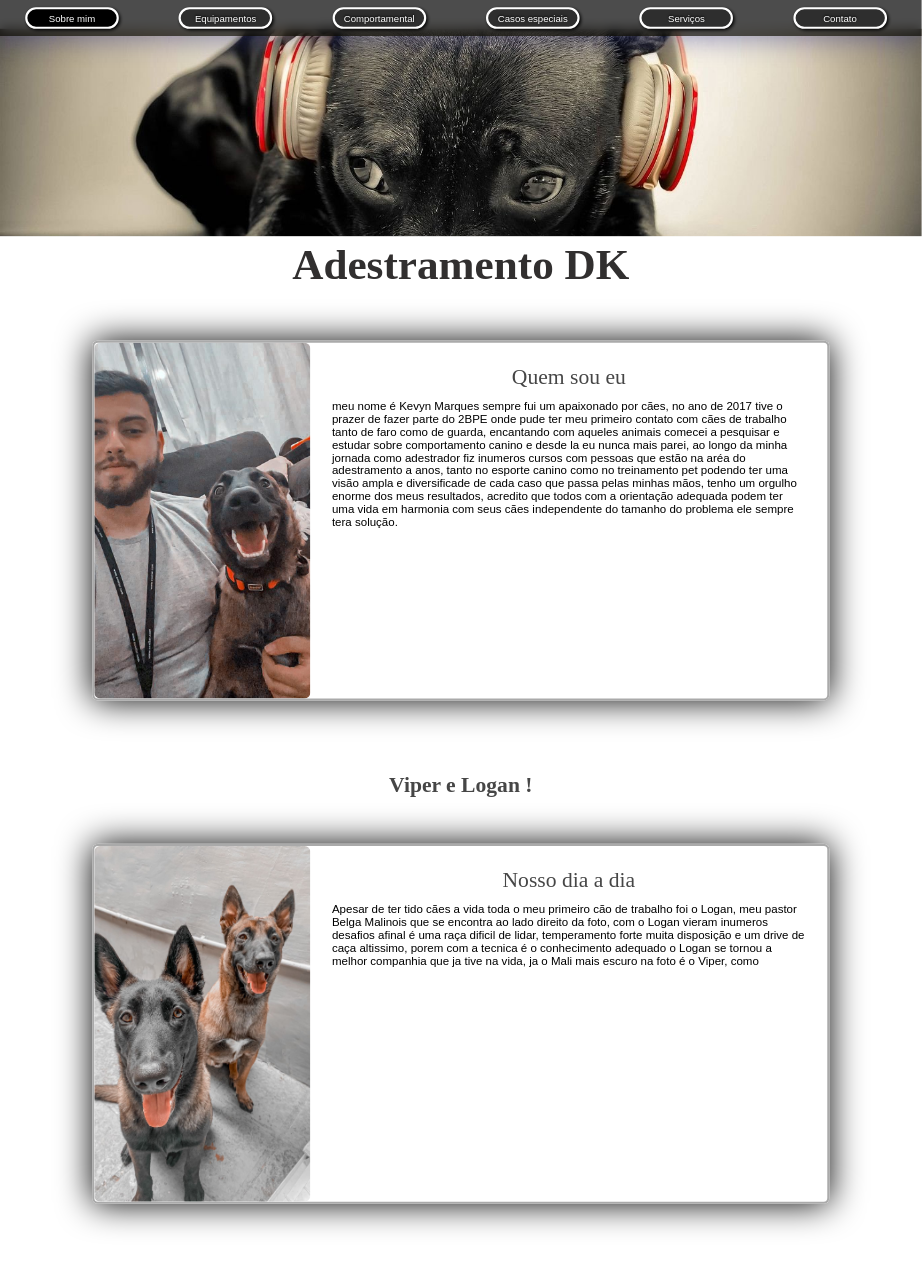
Repository: KevynMarques/Blog-React-StyledComponent
Page: /
These files come from the project's save history. The page is drawn as it stood at one moment and after the next save; the edit follows.
The browser window is 1280 px wide. The pictures show the whole page, at 72% of full size.
The project was rebuilt for these pictures with package versions that can differ from the ones it lists, and the page was loaded fresh each time. Also part of the build but not shown: src/Components/Equipamentos/index.jsx, src/Components/Comportamental/index.jsx, src/Components/Clientes/index.jsx, src/Components/Serviços/index.jsx, src/Components/Contato/index.jsx.

Above is the page before, as saved 2022-02-21 13:49:08.

### public/index.html
<!DOCTYPE html>
<html lang="pt-BR">
  <head>
    <meta charset="utf-8" />
    <link rel="icon" href="%PUBLIC_URL%/favicon.ico" />
    <meta name="viewport" content="width=device-width, initial-scale=1" />
    <meta name="theme-color" content="#000000" />
    <meta
      name="description"
      content="Web site created using create-react-app"
    />
    <link rel="apple-touch-icon" href="%PUBLIC_URL%/logo192.png" />
    <!--
      manifest.json provides metadata used when your web app is installed on a
      user's mobile device or desktop. See https://developers.google.com/web/fundamentals/web-app-manifest/
    -->
    <!--
      Notice the use of %PUBLIC_URL% in the tags above.
      It will be replaced with the URL of the `public` folder during the build.
      Only files inside the `public` folder can be referenced from the HTML.

      Unlike "/favicon.ico" or "favicon.ico", "%PUBLIC_URL%/favicon.ico" will
      work correctly both with client-side routing and a non-root public URL.
      Learn how to configure a non-root public URL by running `npm run build`.
    -->
    <title>Adestramento DK</title>
  </head>
  <body>
    <noscript>You need to enable JavaScript to run this app.</noscript>
    <div id="root"></div>
    <!--
      This HTML file is a template.
      If you open it directly in the browser, you will see an empty page.

      You can add webfonts, meta tags, or analytics to this file.
      The build step will place the bundled scripts into the <body> tag.

      To begin the development, run `npm start` or `yarn start`.
      To create a production bundle, use `npm run build` or `yarn build`.
    -->
  </body>
</html>

### src/App.jsx
import Home from './Pages/Home';
import Sobre from './Components/Sobre/index';
import { useState, useEffect } from 'react';
import { GlobalStyle } from './GlobalStyle';
import Geral from './Components/Geral/index';


function App() {

  const [geral, setGeral]=useState(<Sobre />);

  return (
    <>
    <Home setGeral={setGeral} geral={geral}  />
    <Geral geral={geral} />
    <GlobalStyle/>
   </>
  );
}

export default App;

### src/Pages/Home/index.jsx
import React, {useState} from "react"
import {  Home, Equip, Comportamental, MeusCaes, Serviços, Contato } from "../../Components/Buttons/Style"
import Equipamentos from "../../Components/Equipamentos/index"
import Sobre from '../../Components/Sobre/index'
import Comport  from '../../Components/Comportamental/index'
import Clientes from '../../Components/Clientes/index'
import Serv from "../../Components/Serviços"
import Cont from '../../Components/Contato/index'
import { ContainerHeader } from "../../Components/Containers/style"




export default (props) => {

  const [ativo, setAtivo] = useState(false)
  const [ativoEquip, setAtivoEquip] = useState(true)
  const [ativoComp, setComp] = useState(true)
  const [Casos, setCasos] = useState(true)
  const [serviços, setServiços] = useState(true)
  const [contato, setContato] = useState(true)


  return (
   <>
    <ContainerHeader>


       <Home
         setAtivo={setAtivo}
         ativo={ativo}
         onClick={()=>(props.setGeral(<Sobre />),
         setAtivo(false),
         setAtivoEquip(true),
         setComp(true),
         setCasos(true),
         setServiços(true)
         )}>
         <p>Sobre mim</p>
      </Home>



       <Equip
        ativoEquip={ativoEquip}
        setAtivoEquip={setAtivoEquip}
        onClick={()=>(props.setGeral(<Equipamentos />),
        setAtivo(true),
        setAtivoEquip(false),
        setComp(true),
        setCasos(true),
        setServiços(true)
        )}>
        <p>Equipamentos</p>
       </Equip>

       <Comportamental
          onClick={() =>(props.setGeral(<Comport />),
          setAtivo(true),
          setAtivoEquip(true),
          setComp(false),
          setCasos(true),
          setServiços(true))}

          setComp={setComp}
          ativoComp={ativoComp}>

         <p>Comportamental</p>
       </Comportamental>

       <MeusCaes
          onClick={() =>(props.setGeral(<Clientes />),
          setAtivo(true),
          setAtivoEquip(true),
          setComp(true),
          setCasos(false),
          setServiços(true))}
          setCasos={setCasos}
          Casos={Casos}>
         <p>Casos especiais</p>
       </MeusCaes>

       <Serviços onClick={() =>(props.setGeral(<Serv />),
        setAtivo(true),
        setAtivoEquip(true),
        setComp(true),
        setCasos(true),
        setServiços(false))}
        setServiços={setServiços}
        serviços={serviços}>
         <p>Serviços</p>
       </Serviços>

       <Contato onClick={() =>(props.setGeral(<Cont />),
        setAtivo(true),
        setAtivoEquip(true),
        setComp(true),
        setCasos(true),
        setServiços(true),
        setContato(false)
       )}
          setContato={setContato}
          contato={contato}>
         <p>Contato</p>
      </Contato>

    </ContainerHeader>
    </>
  );
}

### src/Components/Sobre/index.jsx
import Foto from '../Image/foto.png'
import LV from '../Image/LV.jpg';
import Dog from '../Image/Dog.png'
import { Tittle } from "../Textos&Titles/style";
import { ContainerBaner, ContainerBox, ContainerIMG } from "../Containers/style";
import { Info } from "../Textos&Titles/style";
import { SubTitle } from '../Textos&Titles/style';
import { TitleInfo } from '../Textos&Titles/style';


export default () => {
  return (
<>
     <ContainerBaner>
      <img src={Dog} />
     </ContainerBaner>

   <Tittle>
          Adestramento DK
  </Tittle>


  <ContainerBox>
       <ContainerIMG>
        <img src={Foto} />
       </ContainerIMG>
       <Info>
       <TitleInfo>Quem sou eu</TitleInfo>
       meu nome é Kevyn Marques sempre fui um apaixonado por cães, no ano de 2017 tive o prazer
       de fazer parte do 2BPE  onde pude ter  meu primeiro contato com cães de trabalho tanto de faro como de guarda, encantando com aqueles animais comecei a pesquisar e estudar sobre comportamento canino  e desde la eu nunca mais parei, ao longo da minha jornada como adestrador fiz inumeros cursos com pessoas que estão na aréa do adestramento a anos, tanto no esporte canino como no treinamento pet podendo ter uma visão ampla e diversificade de cada caso que passa pelas minhas mãos, tenho um orgulho enorme dos meus resultados, acredito que todos com a orientação adequada podem ter uma vida em harmonia com seus cães independente do tamanho do problema ele sempre tera solução.
       </Info>
       </ContainerBox>

  <SubTitle>  Viper e Logan !
  </SubTitle>


    <ContainerBox>

       <ContainerIMG>
        <img src={LV} />
       </ContainerIMG>
       <Info>
       <TitleInfo>Nosso dia a dia</TitleInfo>
       Apesar de ter tido cães a vida toda o meu primeiro cão de trabalho foi o Logan, meu pastor Belga Malinois que se encontra ao lado direito da foto, com o Logan vieram inumeros desafios afinal é uma raça dificil de lidar, temperamento forte muita disposição e um drive de caça altissimo, porem com a tecnica é o conhecimento adequado o Logan se tornou a melhor companhia que ja tive na vida, ja o Mali mais escuro na foto é o Viper, como
       </Info>
      </ContainerBox>
</>

  );
}

### src/GlobalStyle.jsx
import { createGlobalStyle } from 'styled-components';

 export const GlobalStyle = createGlobalStyle`
  * {
    margin: 0;
    padding: 0;
    box-sizing: border-box;

  }
`;

### src/Components/Geral/index.jsx
import React from "react"

export default (props) => {

  return (

    <>
    {props.geral}
    </>

  );

}

### src/Components/Buttons/Style.jsx
import styled from "styled-components";


export const Home = styled.button `
background:${props => props.ativo ? '#2e2e2e' : '#000000'};
font-family: Arial, Helvetica, sans-serif;
font-style:normal;
color:#ffffff;
border:3px solid #ffffff;
text-shadow:0px -1px 3px #000000;
box-shadow:2px 2px 5px #000000;
box-shadow:2px 2px 5px #000000;
box-shadow:2px 2px 5px #000000;
border-radius:25px 25px 25px 25px;
border-radius:25px 25px 25px 25px;
border-radius:25px 25px 25px 25px;
width:130px;
height: 30px;

&:hover {
  background-color: black;
}

cursor:pointer;
margin:0 auto;
margin-left: 35px;

&:active {
  transform: scale(0.9);
}

`;


export const Equip = styled(Home) `

background:${props => props.ativoEquip ? '#2e2e2e' : '#000000'};

`;

export const Comportamental = styled(Home) `

background:${props => props.ativoComp ? '#2e2e2e' : '#000000'};

`;


export const MeusCaes = styled(Home) `

background:${props => props.Casos? '#2e2e2e' : '#000000'};

`;


export const Serviços = styled(Home) `

background:${props => props.serviços? '#2e2e2e' : '#000000'};

`;

export const Contato = styled(Home) `

background:#2e2e2e;

`;

### src/Components/Containers/style.jsx
import  styled  from "styled-components";



export const  ContainerHeader  = styled.div `
     width: 100vw;
     height: 50px;
     margin: 0;
     position: fixed;
     z-index: 99999;
     background: rgba( 0, 0, 0, 0.7 );
     box-shadow: 0 8px 32px 0 rgba( 31, 38, 135, 0.37 );
     backdrop-filter: blur( 7.5px );
     -webkit-backdrop-filter: blur( 7.5px );
     color:white;
     display: flex;
     align-items: center;
     justify-content: center;
`;



export const ContainerBaner= styled.div `
  width: 100%;
  height: 40vh;


    img {
    width: 100%;
    height: 100%;
    object-fit: cover;
    margin-top: 40px;

    }
`;


export const  ContainerBox = styled.section `
  height: 500px;
  border: solid 3px #aaaaaa;
  width: 80vw;
  margin: 100px  10%;
  border-radius: 8px;
  box-shadow: 0 0 3em Black;
  display: flex;
  `;


export const ContainerIMG = styled.div `

    min-width:300px;
    height:494px;

  img {
    object-fit: cover;
    width: 100%;
    height: 100%;
    border-radius: 8px;
  }

`;

### src/Components/Textos&Titles/style.jsx
import styled from 'styled-components'



export const Tittle = styled.h1`
@import url('https://fonts.googleapis.com/css2?family=Bangers&display=swap');
color: #312f2f;
font-size: 60px;
font-family: 'Bangers', cursive;
text-align: center;
height: 40px;
margin-top: 45px;
`;


export const Info = styled.p`
 margin: 30px;
 font-family: Arial, Helvetica, sans-serif;
`;


export const SubTitle = styled.h2 `
 text-align: center;
 font-size: 30px;
 margin-top: 60px;
 font-family: Arial, Helvetica, sans-serif;
 color: #464646;
 margin-bottom: -35px;
 font-family: 'Bangers', cursive;
`;


export const TitleInfo = styled.div `
 text-align: center;
 font-size: 30px;
 font-family: Arial, Helvetica, sans-serif;
 color: #464646;
 font-family: 'Bangers', cursive;
 margin-bottom: 15px;
`;

Loaded but not shown: src/index.js (common file)

After the next save:
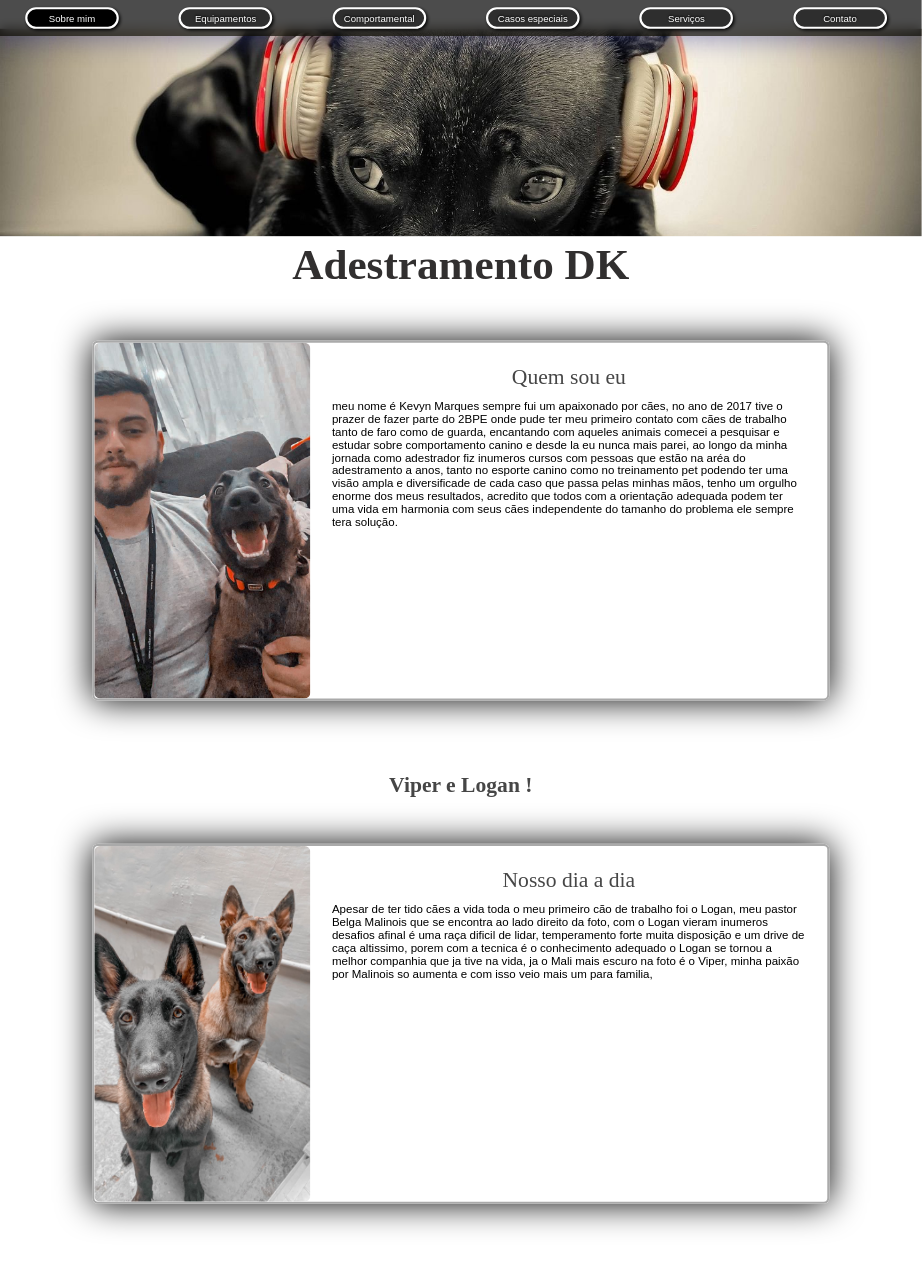
Saved 19 s later.
--- a/src/Components/Sobre/index.jsx
+++ b/src/Components/Sobre/index.jsx
@@ -42,7 +42,7 @@ export default () => {
        </ContainerIMG>
        <Info>
        <TitleInfo>Nosso dia a dia</TitleInfo>
-       Apesar de ter tido cães a vida toda o meu primeiro cão de trabalho foi o Logan, meu pastor Belga Malinois que se encontra ao lado direito da foto, com o Logan vieram inumeros desafios afinal é uma raça dificil de lidar, temperamento forte muita disposição e um drive de caça altissimo, porem com a tecnica é o conhecimento adequado o Logan se tornou a melhor companhia que ja tive na vida, ja o Mali mais escuro na foto é o Viper, como
+       Apesar de ter tido cães a vida toda o meu primeiro cão de trabalho foi o Logan, meu pastor Belga Malinois que se encontra ao lado direito da foto, com o Logan vieram inumeros desafios afinal é uma raça dificil de lidar, temperamento forte muita disposição e um drive de caça altissimo, porem com a tecnica é o conhecimento adequado o Logan se tornou a melhor companhia que ja tive na vida, ja o Mali mais escuro na foto é o Viper, minha paixão por Malinois so aumenta e com isso veio mais um para familia,
        </Info>
       </ContainerBox>
 </>
